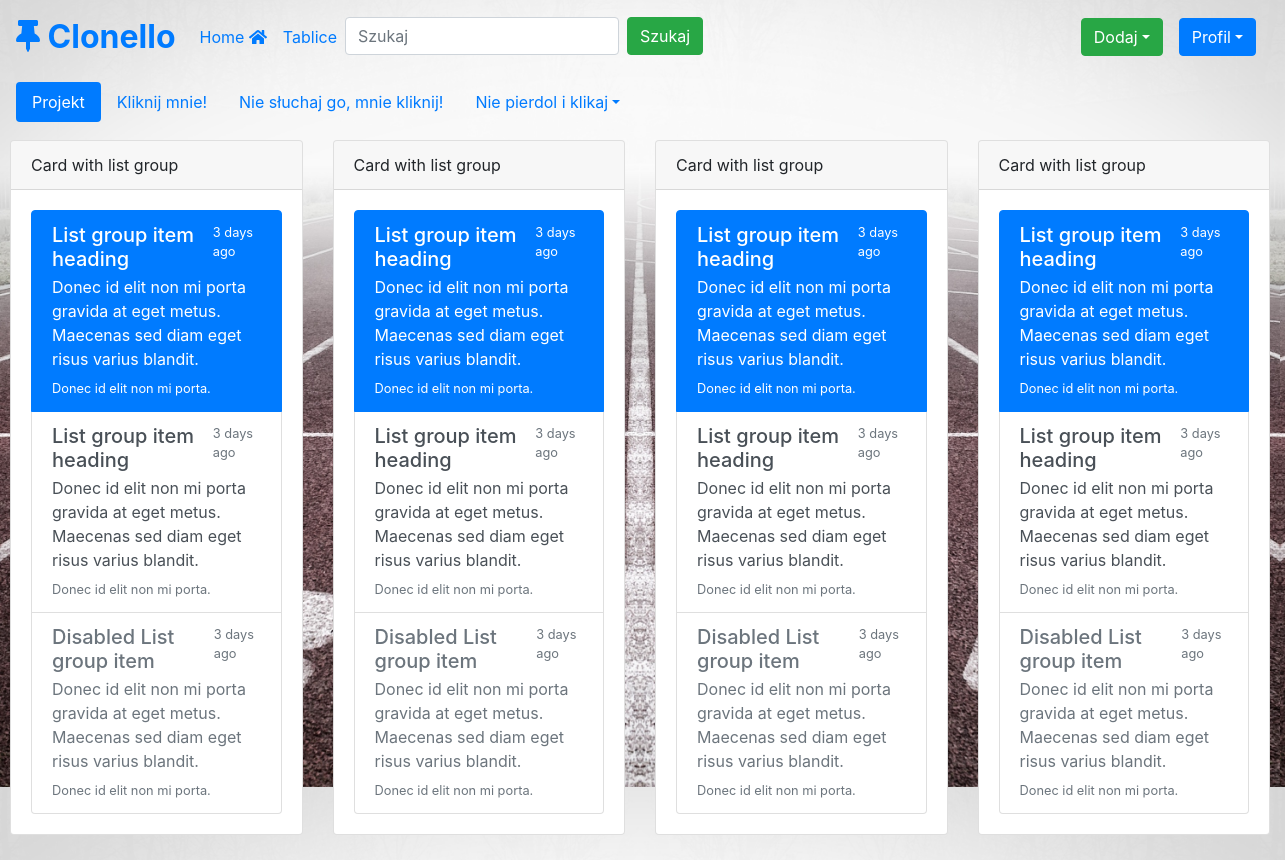
Repository: jnehlt/PAW-lab
Page: / (app in Frontend/clonello/)
An editor plug-in stored every save of this project. The page is shown before and after the next save, followed by the edit.
The browser window is 1280 px wide. The page is 1285 px wide, so the pictures cover 1285 px, including what lies to the right of the window. The pictures show the whole page.
The project was rebuilt for these pictures with package versions that can differ from the ones it lists, and the page was loaded fresh each time.

Above is the page before, as saved 2020-04-24 23:41:24.

### Frontend/clonello/src/main.js
import "@babel/polyfill";
import "mutationobserver-shim";
import Vue from "vue";
import "./plugins/bootstrap-vue";
import App from "./App.vue";
import router from "./router";
import "@fortawesome/fontawesome-free/css/all.css";
import "@fortawesome/fontawesome-free/js/all.js";

Vue.config.productionTip = false;

new Vue({
  router,
  render: h => h(App)
}).$mount("#app");

### Frontend/clonello/src/App.vue
<template>
  <div id="app">
    <topheader></topheader>
    <projectheader></projectheader>

    <div class="row">
        <maincard></maincard>
        <maincard></maincard>
        <maincard></maincard>
        <maincard></maincard>
        <maincard></maincard>
        <maincard></maincard>
        <maincard></maincard>
        <maincard></maincard>
    </div>
    <router-view />
  </div>
</template>

<script>
import TopHeader from "@/components/TopHeader.vue";
import ProjectHeader from "@/components/ProjectHeader.vue";
import MainCard from "@/components/MainCard.vue";

export default {
  components: {
    "topheader": TopHeader,
    "projectheader": ProjectHeader,
    "maincard": MainCard
  }
};
</script>

<style lang="scss">

body {
    background-image: url("../src/assets/running-track-sn-3000x2001.jpg");
    background-size: cover;
    background-position: center;
}

.dropdown-header {
    font-size: larger;
    font-weight: bolder;
}

html, body {
    height: 100%;
}

.list-head {
    font-weight: bolder;
    text-transform: uppercase;
}

.row {
  display: flex;
  flex-wrap: nowrap;
  overflow-x: auto;
  margin-left: -5px;
  margin-right: -5px;
  margin-top: 10px;
  height: 100vh;
}

::-webkit-scrollbar {
  height: 4px;              /* height of horizontal scrollbar ← You're missing this */
  width: 4px;               /* width of vertical scrollbar */
  border: 1px solid #d5d5d5;
  margin-left: -5px;
  margin-right: -5px;
}


</style>

### Frontend/clonello/src/components/TopHeader.vue
<template>
  <div>
    <nav class="navbar navbar-expand-lg">
      <a class="navbar-brand" href="#"><i class="fas fa-thumbtack"></i> Clonello</a>
      <button class="navbar-toggler navbar-dark" type="button" data-toggle="collapse" data-target="#navbarNav" aria-controls="navbarNav" aria-expanded="false" aria-label="Toggle navigation">
          <span class="navbar-toggler-icon"></span>
      </button>
      <div class="collapse navbar-collapse" id="navbarNav">
        <ul class="navbar-nav mr-auto">
          <li class="nav-item">
            <a class="nav-link" href="#">Home <i class="fas fa-home"></i></a>
          </li>
          <li class="nav-item">
            <a class="nav-link" href="#">Tablice</a>
          </li>
          <li class="nav-item">
            <form class="form-inline my-2 my-lg-0">
              <input class="form-control mr-sm-2" type="search" placeholder="Szukaj" aria-label="Search">
              <button class="btn btn-success my-2 my-sm-0" type="submit">Szukaj</button>
            </form>
          </li>
        </ul>
        <ul class="navbar-right navbar-nav">
          <li>
            <b-dropdown id="dropdown-right" right text="Dodaj" variant="success" class="m-2">
              <b-dropdown-item href="#">Coś</b-dropdown-item>
              <b-dropdown-item href="#">Coś innego</b-dropdown-item>
              <b-dropdown-item href="#">Dobra, spierdalaj!</b-dropdown-item>
            </b-dropdown>
            <b-dropdown id="dropdown-right" right text="Profil" variant="primary" class="m-2">
              <b-dropdown-item href="#">Ustawienia</b-dropdown-item>
              <b-dropdown-item href="#">Wyloguj</b-dropdown-item>
            </b-dropdown>
          </li>
        </ul>
      </div>
    </nav>
  </div>
  <!-- class="btn btn-success" type="button" data-toggle="collapse" data-target="#collapseAdd" aria-expanded="false" aria-controls="collapseAdd">Dodaj <i class="fas fa-plus"></i>
            </button> -->
</template>

<script>



export default {

};
</script>

<!-- Add "scoped" attribute to limit CSS to this component only -->
<style scoped lang="scss">
.navbar-brand {
    font-weight: bolder;
    font-size: 2em;
}

.navbar {
    background-color: transparent;
}

.navbar-toggler {
    background-color: #4e555b;
}

</style>

### Frontend/clonello/src/components/ProjectHeader.vue
<template>
  <div>
      <div class="navbar navbar-expand-lg">
      <ul class="nav nav-pills nav-fill">
        <li class="nav-item">
          <a class="nav-link active" href="#">Projekt</a>
        </li>
        <li class="nav-item">
          <a class="nav-link" href="#">Kliknij mnie!</a>
        </li>
        <li class="nav-item">
          <a class="nav-link" href="#">Nie słuchaj go, mnie kliknij!</a>
        </li>
        <li class="nav-item dropdown">
          <b-nav-item-dropdown text="Nie pierdol i klikaj" right>
            <b-dropdown-item href="#">Wkurwia</b-dropdown-item>
            <b-dropdown-item href="#">Mnie</b-dropdown-item>
            <b-dropdown-item href="#">Ta</b-dropdown-item>
            <b-dropdown-item href="#">Uczelnia</b-dropdown-item>
          </b-nav-item-dropdown>
        </li>
      </ul>
    </div>
  </div>
</template>

<script>
export default {

}
</script>

<style>
.navbar-brand {
    font-weight: bolder;
    font-size: 2em;
}

.navbar {
    background-color: transparent;
}

.navbar-toggler {
    background-color: #4e555b;
}

</style>

### Frontend/clonello/src/components/MainCard.vue
<template>
        <div class="col-3 col-md-3 col-sm-3">
            <b-card header="Card with list group">
            <b-list-group>
                <b-list-group-item href="#" active class="flex-column align-items-start">
                    <div class="d-flex w-100 justify-content-between">
                    <h5 class="mb-1">List group item heading</h5>
                    <small>3 days ago</small>
                    </div>

                    <p class="mb-1">
                    Donec id elit non mi porta gravida at eget metus. Maecenas sed diam eget risus varius blandit.
                    </p>

                    <small>Donec id elit non mi porta.</small>
                </b-list-group-item>

                <b-list-group-item href="#" class="flex-column align-items-start">
                    <div class="d-flex w-100 justify-content-between">
                    <h5 class="mb-1">List group item heading</h5>
                    <small class="text-muted">3 days ago</small>
                    </div>

                    <p class="mb-1">
                    Donec id elit non mi porta gravida at eget metus. Maecenas sed diam eget risus varius blandit.
                    </p>

                    <small class="text-muted">Donec id elit non mi porta.</small>
                </b-list-group-item>

                <b-list-group-item href="#" disabled class="flex-column align-items-start">
                    <div class="d-flex w-100 justify-content-between">
                    <h5 class="mb-1">Disabled List group item</h5>
                    <small class="text-muted">3 days ago</small>
                    </div>

                    <p class="mb-1">
                    Donec id elit non mi porta gravida at eget metus. Maecenas sed diam eget risus varius blandit.
                    </p>

                    <small class="text-muted">Donec id elit non mi porta.</small>
                </b-list-group-item>
            </b-list-group>
            </b-card>
        </div>
</template>

<script>
export default {

}
</script>

<style>

</style>

### Frontend/clonello/src/views/Home.vue
<template>
  <div class="home"></div>
</template>

<script>
// @ is an alias to /src
export default {
  name: "Home",
  components: {}
};
</script>

Loaded but not shown: Frontend/clonello/public/index.html (common file); Frontend/clonello/src/plugins/bootstrap-vue.js (common file); Frontend/clonello/src/router/index.js (common file)

After the next save:
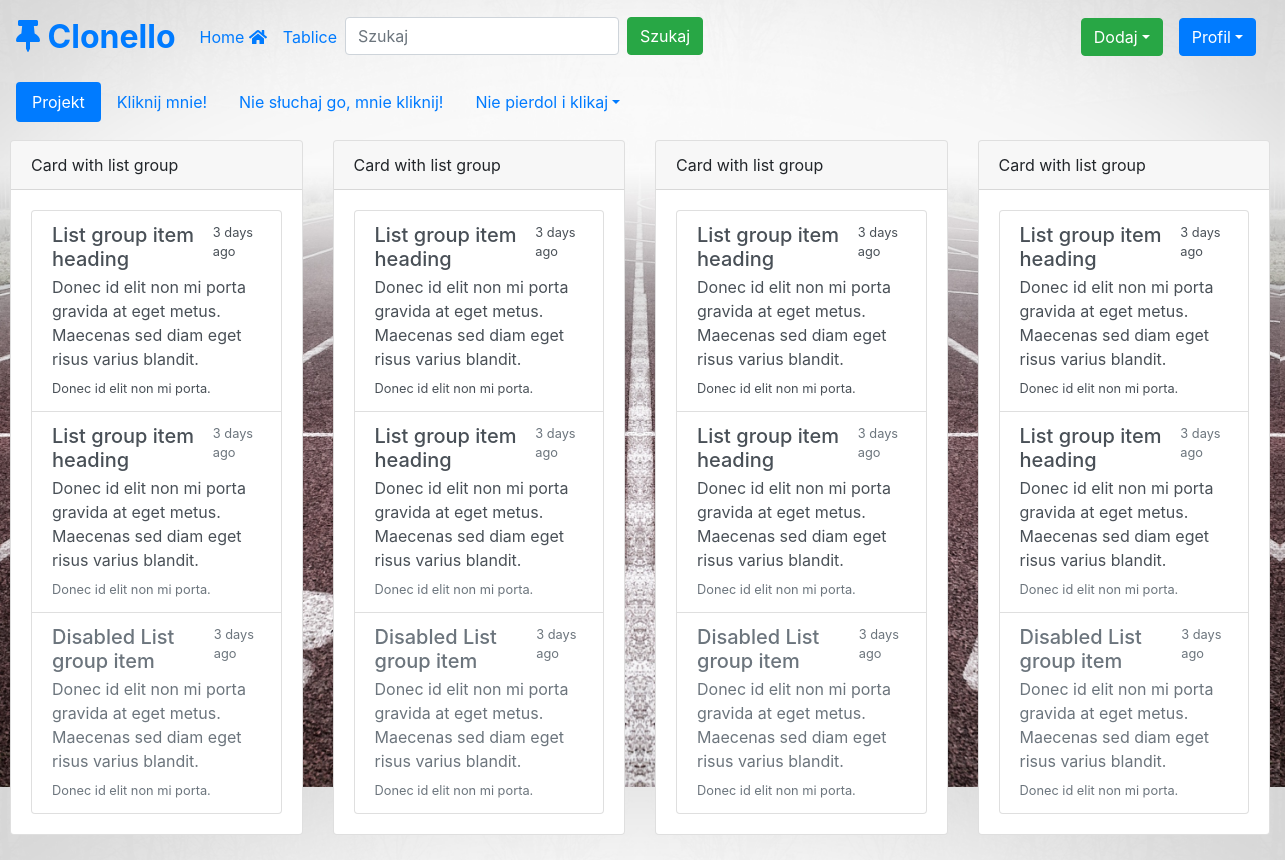
Saved 63 s later.
--- a/Frontend/clonello/src/components/MainCard.vue
+++ b/Frontend/clonello/src/components/MainCard.vue
@@ -2,7 +2,7 @@
         <div class="col-3 col-md-3 col-sm-3">
             <b-card header="Card with list group">
             <b-list-group>
-                <b-list-group-item href="#" active class="flex-column align-items-start">
+                <b-list-group-item href="#" class="flex-column align-items-start">
                     <div class="d-flex w-100 justify-content-between">
                     <h5 class="mb-1">List group item heading</h5>
                     <small>3 days ago</small>
